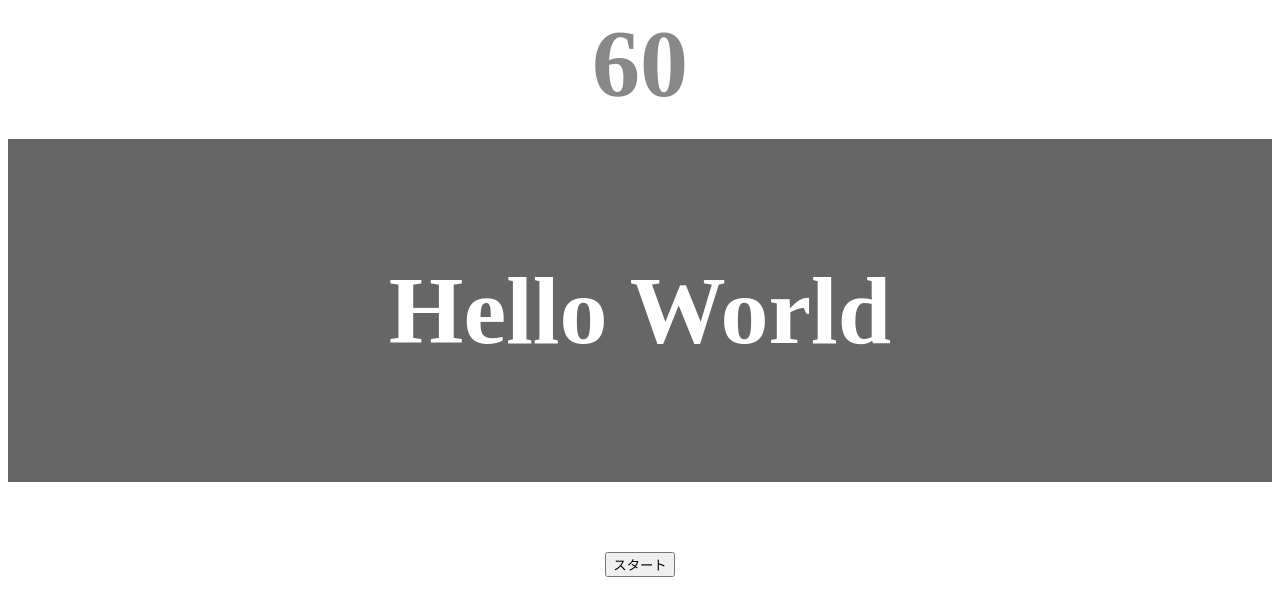
Repository: ishikawa-ta/samurai_HTML-CSS
Page: indextyping.html
The author's editor kept a record of every edit. The page is drawn from the files as they stood at one moment, then again after the next edit.
The browser window is 1280 px wide. The pictures show the whole page.

Above is the page before.

### indextyping.html
<!doctype html>
<html>
<head>
    <meta charset="utf-8" />
    <title>タイピングアプリ</title>
    <style>
           /* ここにCSSを記述する */
      body {
       font-size: 6em;
       text-align: center;
      }

      #count {
       margin: 0;
       font-weight: bold;
       color: #888;
      }

      #wrap {
       margin-top: 20px;
       padding: 20px 10px;
       background-color: #666;
       font-weight: bold;
       color: #fff;
      }
    </style>
</head>
<body>
    <p id="count">60</p>
    <div id="wrap">
        <p id="text"></p>
    </div>
    <button id="start">スタート</button>

    <script>
           // ここにJavaScriptを記述する

        // 必要なHTML要素の取得
        const wrap = document.getElementById('wrap');
        const start = document.getElementById('start');

        const textLists = [
            'Hello World',
            'This is my App',
            'How are you?'
            ]; // 複数のテキストを格納する配列


        const createText = () => {            // 配列の0番目にあるテキストを画面に表示する
            const p = document.getElementById('text');


            p.textContent = textLists[0];


        };
        // createText関数を実行する
        createText();


        const keyDown = e => {}; // キーイベント＆入力判定処理

        const rankCheck = rank => {}; // ランク判定とメッセージ生成処理

        const gameOver = id => {}; // ゲームの終了処理

        const timer = () => {}; // タイマー処理


        start.addEventListener('click', () => {}); // ゲームスタート時の処理
    </script>
</body>
</html>

After the next edit:
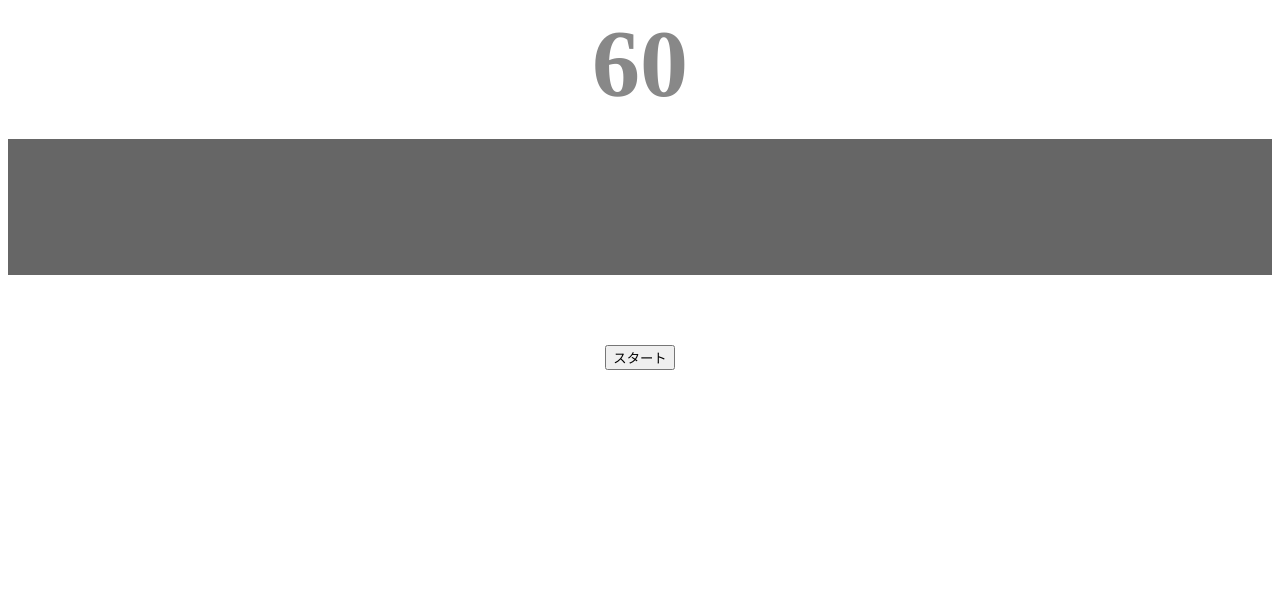
Console error: SyntaxError: Invalid left-hand side in assignment
The edit:
--- a/indextyping.html
+++ b/indextyping.html
@@ -50,7 +50,13 @@
             const p = document.getElementById('text');
 
 
-            p.textContent = textLists[0];
+            p.textContent = textLists[0]; // ランダムなテキストを画面に表示する
+                // 配列のインデックス数からランダムな数値を生成する
+   const rnd = Math.floor(Math.random() * textLists.length);
+
+    // ランダムなテキストをp要素に挿入する
++   p.textContent = textLists[rnd];
+-   p.textContent = textLists[0];
 
 
         };
